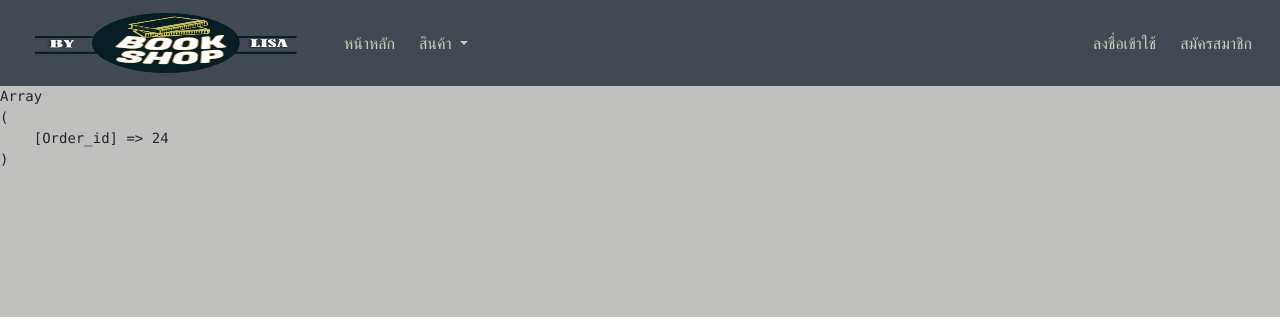
Repository: peawza/shopbook
Page: http://localhost/returnproduct.php?Order_id=24
The author's editor kept a copy of each file at every save. The page is drawn from the files as they stood at one save, then again after the next save.
The browser window is 1280 px wide. The pictures show the whole page.
The page is run by PHP 8.4 with error messages shown; the project is at /var/www/html/. The database holds what the project's SQL file puts in it.

Above is the page before, as saved 2020-10-01 09:28:37.

After the next save:
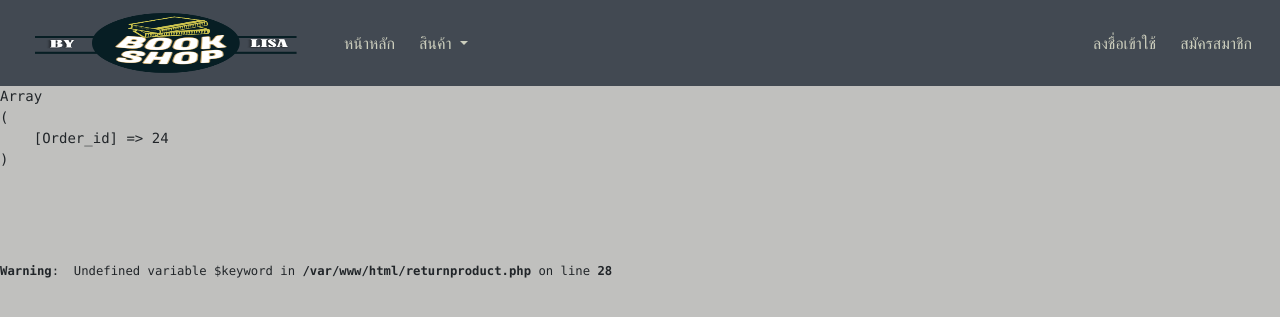
Saved 18 s later.
--- a/returnproduct.php
+++ b/returnproduct.php
@@ -23,7 +23,12 @@
 </head>
 
 <body>
+    <?php
 
+    $selectordersales2 = "SELECT * FROM `orders`,`user` WHERE `user`.`User_ID`=`orders`.`User_ID`AND `user`.`User_Firstname`LIKE'%" . $keyword . "%'";
+    $resultordersales2 = mysqli_query($conn, $selectordersales2);
+    $ckrow = mysqli_fetch_array($resultordersales2);
+    ?>
 
 
 
